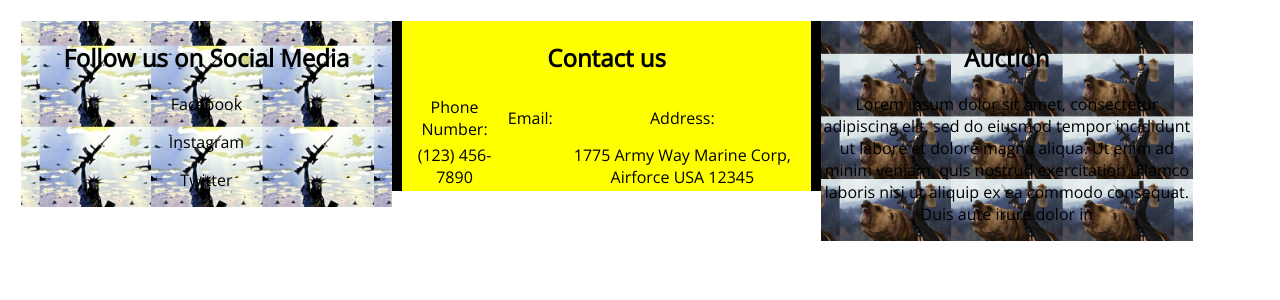
Repository: 3EyEdRav3n/10-2020-cohort-course
Page: week-1/Week-1 Assignment/index.html
These files come from the project's save history. The page is drawn as it stood at one moment and after the next save; the edit follows.
The browser window is 1280 px wide. The pictures show the whole page.

Above is the page before, as saved 2020-11-01 21:40:43.

### week-1/Week-1 Assignment/index.html
<!DOCTYPE html>
<html lang="en">
  <head>
    <meta charset="UTF-8" />
    <meta name="viewport" content="width=device-width, initial-scale=1.0" />
    <link rel="stylesheet" href="./styles.css" />
    <link
      href="https://fonts.googleapis.com/css2?family=Open+Sans&display=swap"
      rel="stylesheet"
    />
    <link
      href="https://fonts.googleapis.com/css2?family=Open+Sans&family=Roboto+Slab:wght@500&display=swap"
      rel="stylesheet"
    />

    <title>VetTech</title>
  </head>
  <body>
    <div class="container">
      <div class="left-col">
        <h2>Follow us on Social Media</h2>
        <p>Facebook</p>
        <p>Instagram</p>
        <p>Twitter</p>
      </div>

      <div class="center-col">
        <h2>Contact us</h2>
        <table class="contact">
          <thead>
            <tr>
              <td>Phone Number:</td>
              <td>Email:</td>
              <td>Address:</td>
            </tr>
          </thead>
          <tbody>
            <tr>
              <td>(123) 456-7890</td>
              <td><John class="Smith@google com"></John></td>
              <td>1775 Army Way Marine Corp, Airforce USA 12345</td>
            </tr>
          </tbody>
        </table>
      </div>
      <div class="right-col">
        <h2>Auction</h2>
        <p>
          Lorem ipsum dolor sit amet, consectetur adipiscing elit, sed do
          eiusmod tempor incididunt ut labore et dolore magna aliqua. Ut enim ad
          minim veniam, quis nostrud exercitation ullamco laboris nisi ut
          aliquip ex ea commodo consequat. Duis aute irure dolor in
        </p>
      </div>
    </div>
  </body>
</html>

### week-1/Week-1 Assignment/styles.css

.container{
        font-family: 'Open Sans', sans-serif;
        min-height:500px;
        padding: 1%;
        box-sizing: border-box;
}
.left-col{
        background-image: url("/images/liberty.jpg");
        background-position: bottom center;
        background-size: 30%;
        background-color: #cccccc;
        text-align: center;
        width: 30%;
        float: left;
}
.center-col{
        background-color: yellow;
        border-left: 10px solid;
        border-right: 10px solid;
        text-align: center;
        width: 33%;
        float: left;
}
.right-col{
        background-image: url("/images/lincoln.jpg");
        background-position: bottom center;
        background-size: 30%;
        background-color: #cccccc;
        text-align: center;
        float: left;
        width: 30%;

}



h1 {
        font-family: 'Open Sans', sans-serif;
}

After the next save:
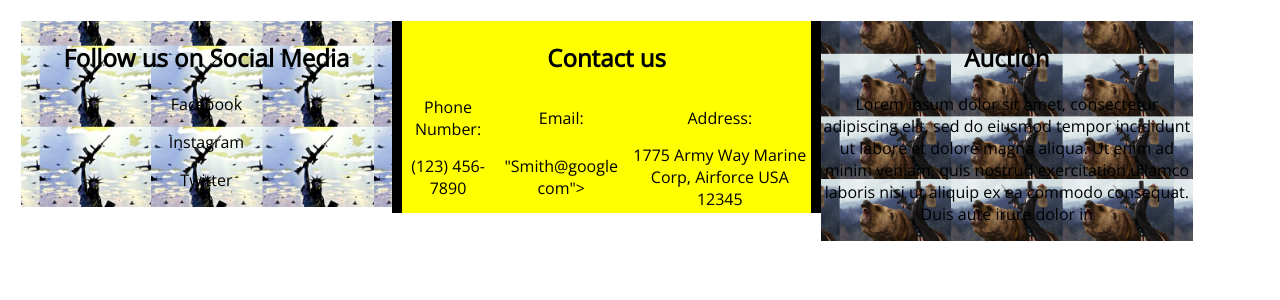
Saved 46 s later.
--- a/week-1/Week-1 Assignment/index.html
+++ b/week-1/Week-1 Assignment/index.html
@@ -37,7 +37,7 @@
           <tbody>
             <tr>
               <td>(123) 456-7890</td>
-              <td><John class="Smith@google com"></John></td>
+              <td>"Smith@google com"></td>
               <td>1775 Army Way Marine Corp, Airforce USA 12345</td>
             </tr>
           </tbody>
